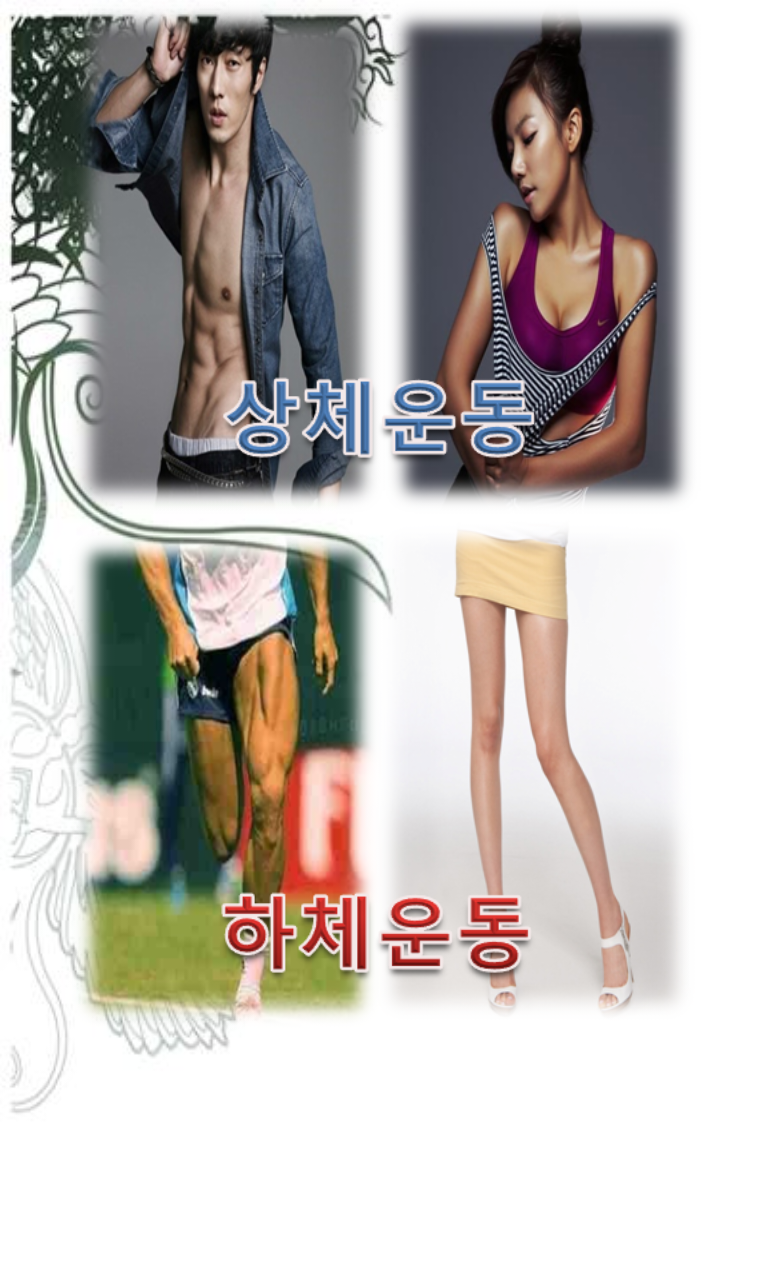
Repository: LewisLim579/2013TeamProject
Layout: PtsApp/res/layout/howtoex.xml
The author's editor kept a copy of each file at every save. The layout is drawn from the files as they stood at one save, then again after the next save.
It is drawn on a 768 x 1280 px phone screen (xhdpi) without system bars, with theme android:Theme.NoTitleBar.Fullscreen; the app's code is not run.

Above is the layout before, as saved 2013-05-25 02:40:50.

### PtsApp/res/layout/howtoex.xml
<?xml version="1.0" encoding="utf-8"?>
<LinearLayout xmlns:android="http://schemas.android.com/apk/res/android"
    android:layout_width="match_parent"
    android:layout_height="match_parent"
    android:orientation="vertical"
    android:background="@drawable/back"
     >

    <LinearLayout
        android:layout_width="match_parent"
        android:layout_height="wrap_content"
        android:orientation="vertical" >

        <ImageButton
            android:id="@+id/imageButton1"
            android:layout_width="match_parent"
            android:layout_height="match_parent"
            android:background="#00000000"
            android:src="@drawable/sangche" />

    </LinearLayout>

    <LinearLayout
        android:layout_width="match_parent"
        android:layout_height="wrap_content"
        android:orientation="vertical" >

        <ImageButton
            android:id="@+id/imageButton2"
            android:layout_width="match_parent"
            android:layout_height="match_parent"
            android:background="#00000000"
            android:src="@drawable/hache" />

    </LinearLayout>

</LinearLayout>

After the next save:
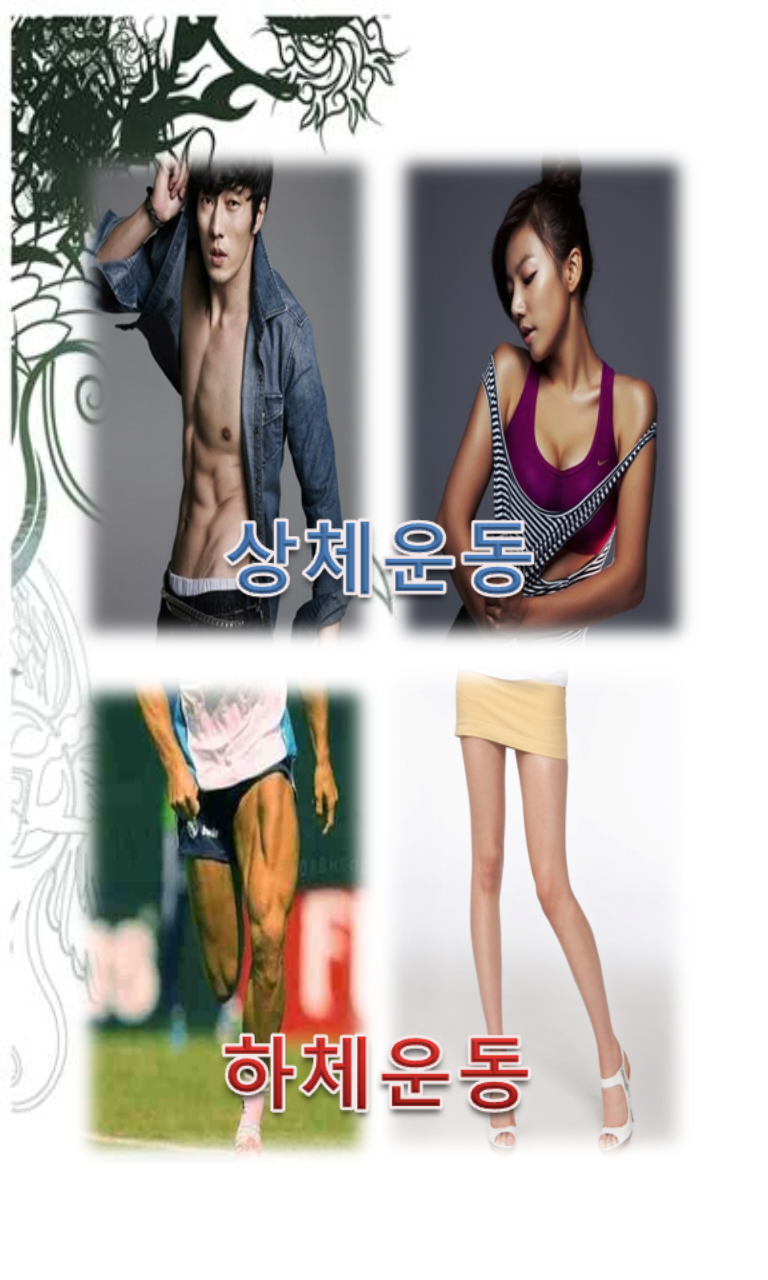
Saved 55 s later.
--- a/PtsApp/res/layout/howtoex.xml
+++ b/PtsApp/res/layout/howtoex.xml
@@ -9,7 +9,8 @@
     <LinearLayout
         android:layout_width="match_parent"
         android:layout_height="wrap_content"
-        android:orientation="vertical" >
+        android:orientation="vertical"
+        android:layout_marginTop="70dp">
 
         <ImageButton
             android:id="@+id/imageButton1"
